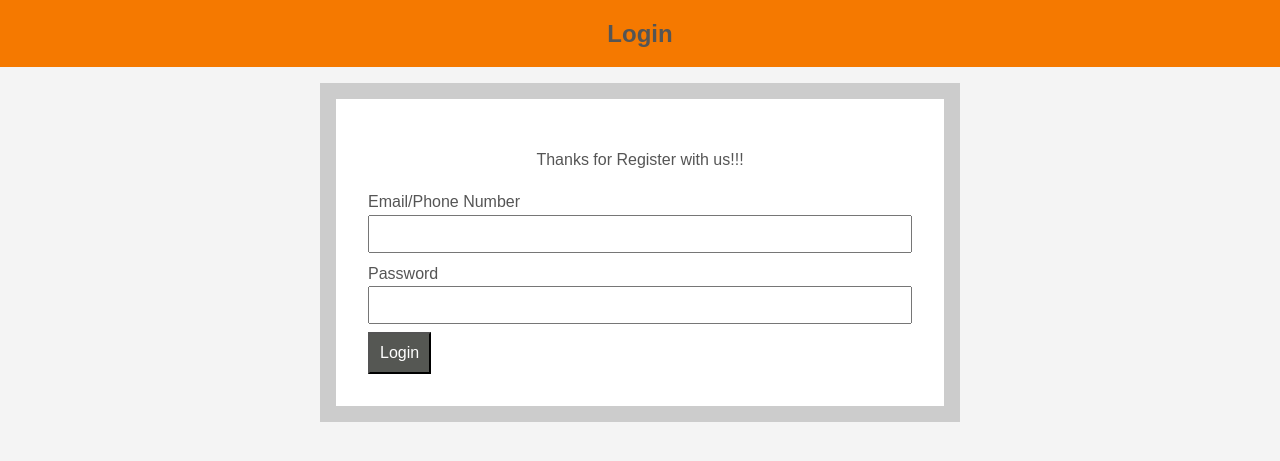
Repository: Kutty39/WebApps
Page: http://localhost/WebPageApp1/login.jsp
The author's editor kept a copy of each file at every save. The page is drawn from the files as they stood at one save, then again after the next save.
The browser window is 1280 px wide. The pictures show the whole page.
The page is served by Tomcat 9. Other server files are loaded and not shown.

Above is the page before, as saved 2019-12-07 04:06:58.

### LoginRegistrationPage/WebPageApp1/src/main/webapp/login.jsp
<%@ page language="java" contentType="text/html; charset=UTF-8"
	pageEncoding="UTF-8"%>
<%@page import="java.util.*"%>
<!DOCTYPE html>
<html>
<head>
<meta charset="UTF-8">
<link href="CSS/mycss.css" rel="stylesheet" type="text/css">
<title>Login</title>
</head>
<body>
	<%
		String emailID="";
		if (request.getParameter("eid") != null)
			emailID = request.getParameter("txtUserName");
	%>
	<div class="form-header">
		<h2>Login</h2>
	</div>
	<div class="form-container">

		<form action="post" class="my-form">
			<div class="form-group">
				<p id="successmsg" style="text-align: center;">Thanks
					for Register with us!!!</p> <label>Email/Phone Number</label> <input
					type="text" name="username" value=<%=emailID %>>
			</div>
			<div class="form-group">
				<label>Password</label> <input type="password" name="password"
					value="">
			</div>
			<input class="button" type="submit" value="Login">
		</form>
	</div>
</body>
</html>

### LoginRegistrationPage/WebPageApp1/src/main/webapp/CSS/mycss.css
@charset "UTF-8";
*{
	box-sizing: border-box;}
body {
	background-color: #f4f4f4;
	color: #555;
	font-family: Arial, Helvetica, sans-serif;
	font-size: 16px;
	line-height: 1.6em;
	margin: 0;
	background-color: #f4f4f4;
}

p.hd-lbl {
	padding: 0;
	margin: 0;
	width: 100%;
	font-family: monospace;
	line-height: 1rem;
}

.hd-lbl {
	color: red;
	font-size: 0.7rem;
}

.container {
	width: 80%;
	margin: auto;
	overflow: hidden;
}

.form-header {
	text-align: center;
	width: 100%;
	margin: auto;
	margin-bottom: 1em;
	padding: 1px;
	background-color: #f57900;
}

.form-container, .out-container {
	width: 50%;
	background-color: white;
	margin: auto;
	overflow: hidden;
	border: 1rem #ccc solid;
	padding: 2em;
}

.button {
	background-color: #555753;
	padding: 10px;
	color: white;
	font-size: 1em;
}

.my-form input[type="text"], .my-form textarea, .my-form input[type="password"]
	{
	width: 100%;
	padding: 0.5rem;
	margin-bottom: 0.5rem;
	font-size: 1em;
	box-sizing: border-box
}

.head {
	background: #3c7be5;
}

.head h1 {
	color: white;
}

.nav-bar {
	background-color: #555753;
}

.nav-bar ul {
	padding-left: 0;
	list-style: none;
	text-decoration: none;
	list-style: none;
}

.nav-bar li {
	display: inline;
}

.nav-bar a {
	text-decoration: none;
}

.nav-bar a:hover {
	background: white;
	color: black;
}

footer {
	background-color: #555753;
	color: white;
	text-align: center;
	padding: 2%;
}

@media ( max-width : 600px) {
	nav, article {
		width: 100%;
		height: auto;
	}
}
/* body{
	font: bold 100% Arial,Helvetica,sans-serif;
}
.btn {
	border-radius: 15px;
	padding: 5px;
	background: aqua;
}

.btn:hover {
	background-color: buttonface;
}

.box-1 {
	text-align:center;
	border-radius: 5px;
	background-color: #f2f2f2;
	padding: 5%;
	margin: auto;
	width: 80%
}
.box-1 h2{
	text-transform: capitalize;
	letter-spacing: 0.1em;
} */

After the next save:
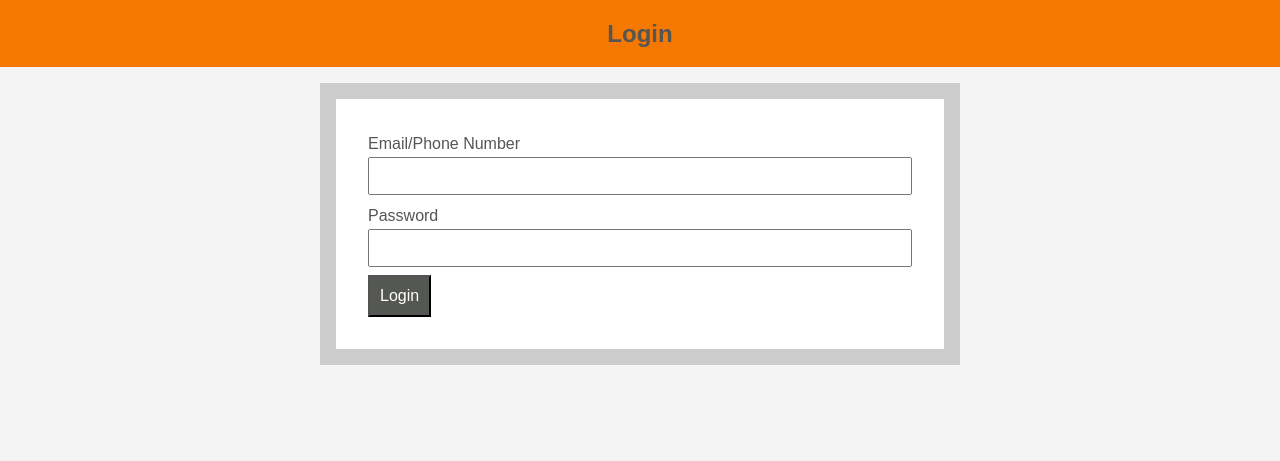
Saved 3 min 15 s later.
--- a/LoginRegistrationPage/WebPageApp1/src/main/webapp/login.jsp
+++ b/LoginRegistrationPage/WebPageApp1/src/main/webapp/login.jsp
@@ -11,8 +11,12 @@
 <body>
 	<%
 		String emailID="";
+	String display="none";
 		if (request.getParameter("eid") != null)
 			emailID = request.getParameter("txtUserName");
+		if (Boolean.parseBoolean(request.getParameter("regsucs")))
+			display="block";
+
 	%>
 	<div class="form-header">
 		<h2>Login</h2>
@@ -21,7 +25,7 @@
 
 		<form action="post" class="my-form">
 			<div class="form-group">
-				<p id="successmsg" style="text-align: center;">Thanks
+				<p id="successmsg" style="text-align: center;" hidden style="display:<% %>">Thanks
 					for Register with us!!!</p> <label>Email/Phone Number</label> <input
 					type="text" name="username" value=<%=emailID %>>
 			</div>
